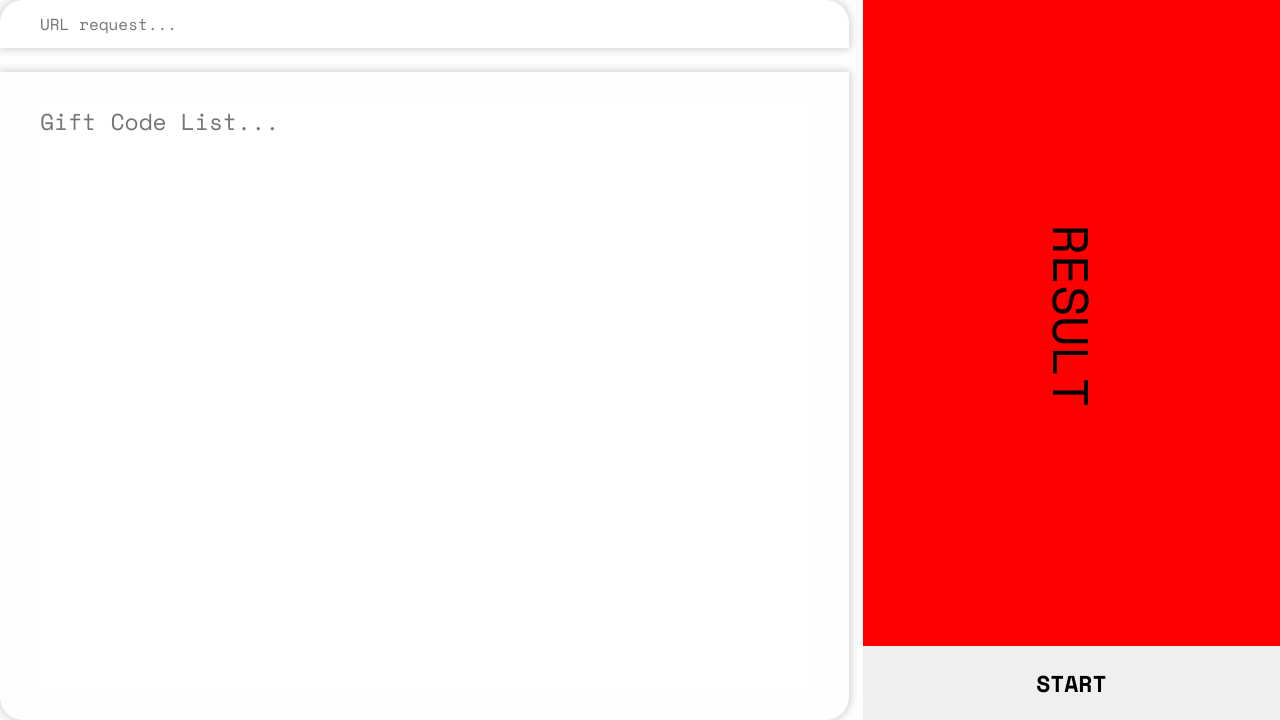
Repository: 777hanh777hanh/test
Page: index.html
The author's editor kept a copy of each file at every save. The page is drawn from the files as they stood at one save, then again after the next save.
The browser window is 1280 px wide. The pictures show the whole page.

Above is the page before, as saved 2023-06-30 17:46:58.

After the next save:
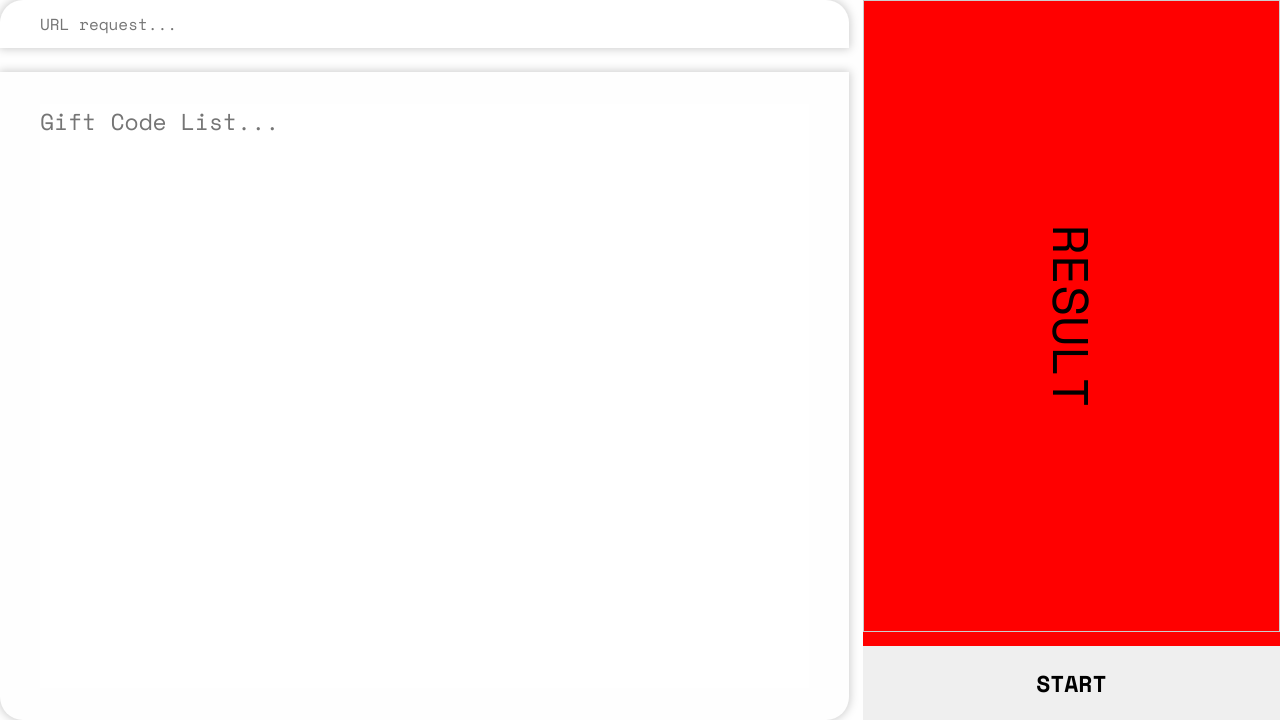
Saved 93 s later.
--- a/assets/css/style.css
+++ b/assets/css/style.css
@@ -94,6 +94,7 @@ html *::-webkit-scrollbar-track {
     justify-content: center;
     align-items: center;
     flex-grow: 1;
+    border: 1px solid #ccc;
 }
 
 .result:empty::before {
